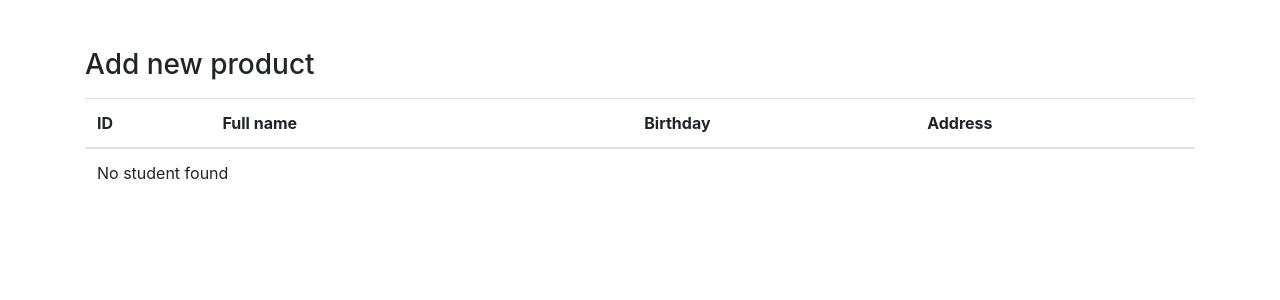
Repository: HungRau/TLU3675-php-laravel
Page: http://localhost/student-manage
An editor plug-in stored every save of this project. The page is shown before and after the next save, followed by the edit.
The browser window is 1280 px wide. The pictures show the whole page.
The page is served by the project's Laravel application, run on PHP 8.4 with Laravel 9. Queries for data that is not in the repository find no rows.

Above is the page before, as saved 2022-10-15 10:05:08.

After the next save:
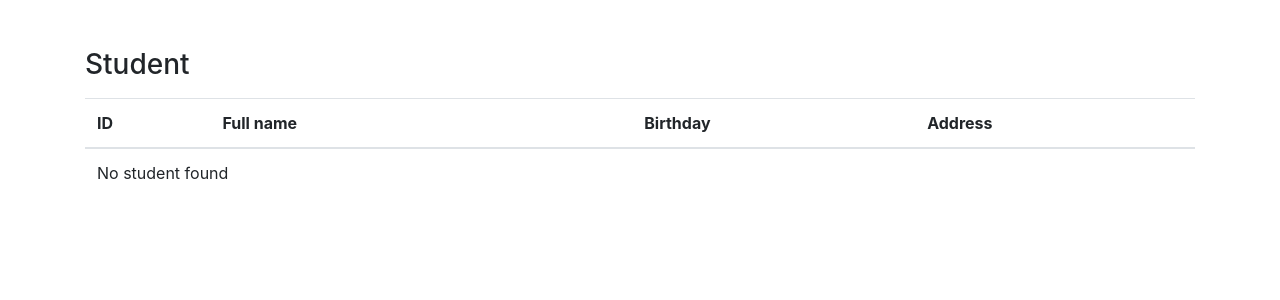
Saved 18 s later.
--- a/resources/views/student_manage.blade.php
+++ b/resources/views/student_manage.blade.php
@@ -15,8 +15,8 @@
             <div class="col-12 text-center pt-5">
                 {{-- <div class="text-left"><a href="product/create" class="btn btn-outline-primary">Add new
                     product</a></div> --}}
-                <div ><h3 class="text-left">Add new
-                        product</h3>
+                <div >
+                    <h3 class="text-left">Student</h3>
                 </div>
                 <table class="table mt-3  text-left">
                     <thead>
